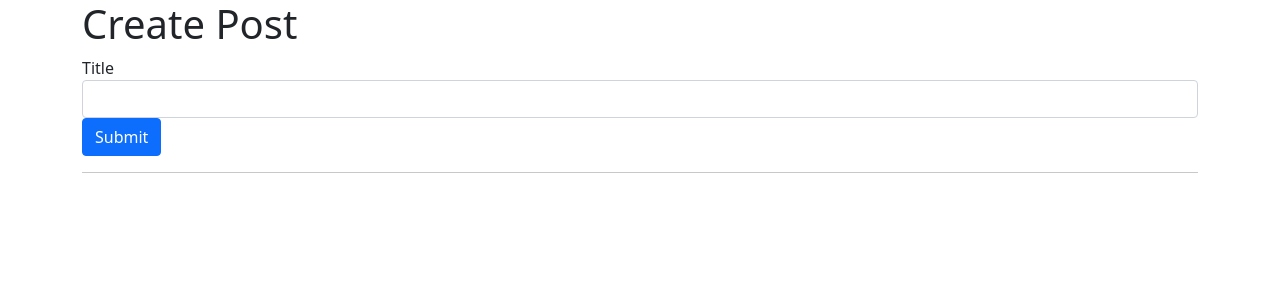
Repository: XavierJordaMurria/nodejs-microservices
Page: / (app in blog/client/)
The author's editor kept a copy of each file at every save. The page is drawn from the files as they stood at one save, then again after a run of saves.
The browser window is 1280 px wide. The pictures show the whole page.
The project was rebuilt for these pictures with package versions that can differ from the ones it lists, and the page was loaded fresh each time. Also part of the build but not shown: blog/client/src/PostList.js.

Above is the page before, as saved 2022-03-17 07:45:15.

After the next 3 saves:
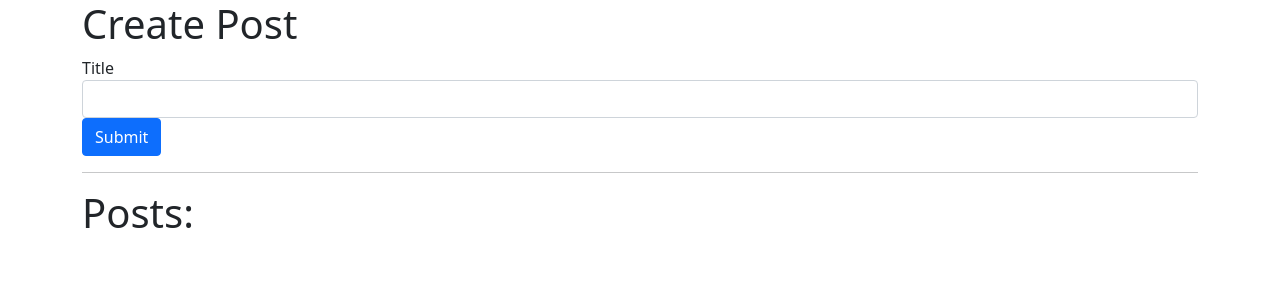
The 3 saves are shown as one change because they came seconds apart.
The last was saved 8 s later.
--- a/blog/client/src/App.js
+++ b/blog/client/src/App.js
@@ -9,6 +9,7 @@ const myAPP =  () => {
         <h1>Create Post</h1>
         <PostCreate/>
         <hr></hr>
+        <h1>Posts:</h1>
     </div>
     );
 };
